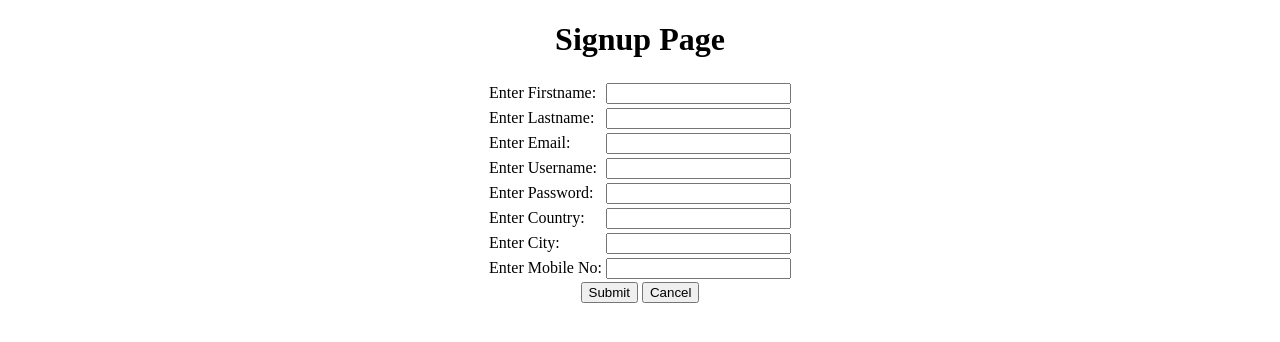
Repository: Suhail-Ahmad-Khan/iplwebapp
Page: http://localhost/IPLWebapp2016/WEB-INF/jsp/signup.jsp
These files come from the project's save history. The page is drawn as it stood at one moment and after the next save; the edit follows.
The browser window is 1280 px wide. The pictures show the whole page.
The page is served by Tomcat 9. Nobody is signed in. The template is opened directly, without the code that normally fills it, so the values that code supplies are empty.

Above is the page before, as saved 2016-12-01 04:19:30.

After the next save:
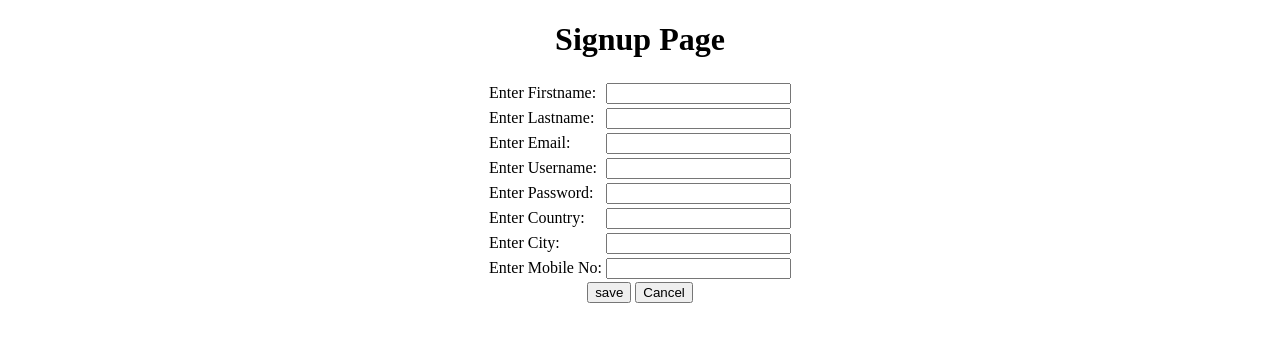
Saved 5 min 35 s later.
--- a/IPLWebapp2016/src/main/webapp/WEB-INF/jsp/signup.jsp
+++ b/IPLWebapp2016/src/main/webapp/WEB-INF/jsp/signup.jsp
@@ -44,7 +44,9 @@
 					<td><input type="text" size=20 /></td>
 				</tr>
 			</table>
-			<button type="submit">Submit</button>
+			<input type="button" onclick="location.href='SignUpController.java'"
+				value="save">
+			<!-- <button type="submit">Submit</button> -->
 			<button type="submit">Cancel</button>
 		</form>
 	</center>

After the save that followed:
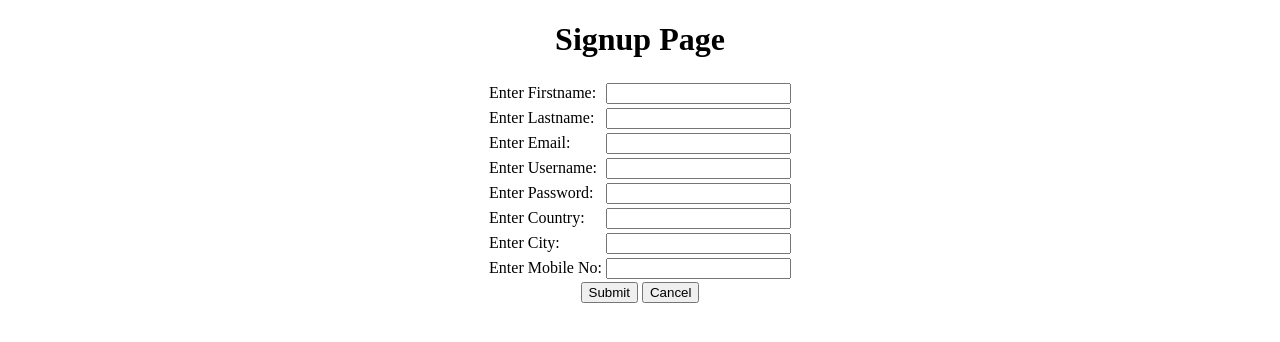
Saved 81 s later.
--- a/IPLWebapp2016/src/main/webapp/WEB-INF/jsp/signup.jsp
+++ b/IPLWebapp2016/src/main/webapp/WEB-INF/jsp/signup.jsp
@@ -44,9 +44,7 @@
 					<td><input type="text" size=20 /></td>
 				</tr>
 			</table>
-			<input type="button" onclick="location.href='SignUpController.java'"
-				value="save">
-			<!-- <button type="submit">Submit</button> -->
+			<button type="submit">Submit</button>
 			<button type="submit">Cancel</button>
 		</form>
 	</center>
